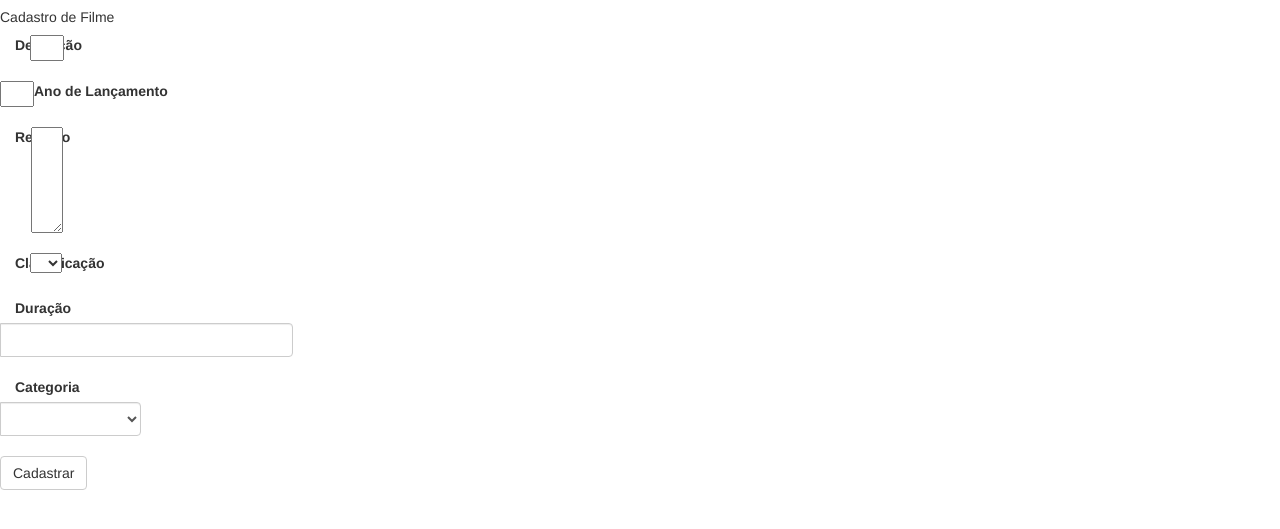
Repository: cadupedrassani/CursoDeJava
Page: Avaliação/BaseAPI/WebApp/src/main/webapp/filme/cadastro.html
These files come from the project's save history. The page is drawn as it stood at one moment and after the next save; the edit follows.
The browser window is 1280 px wide. The pictures show the whole page.

Above is the page before, as saved 2016-12-06 16:50:41.

After the next save:
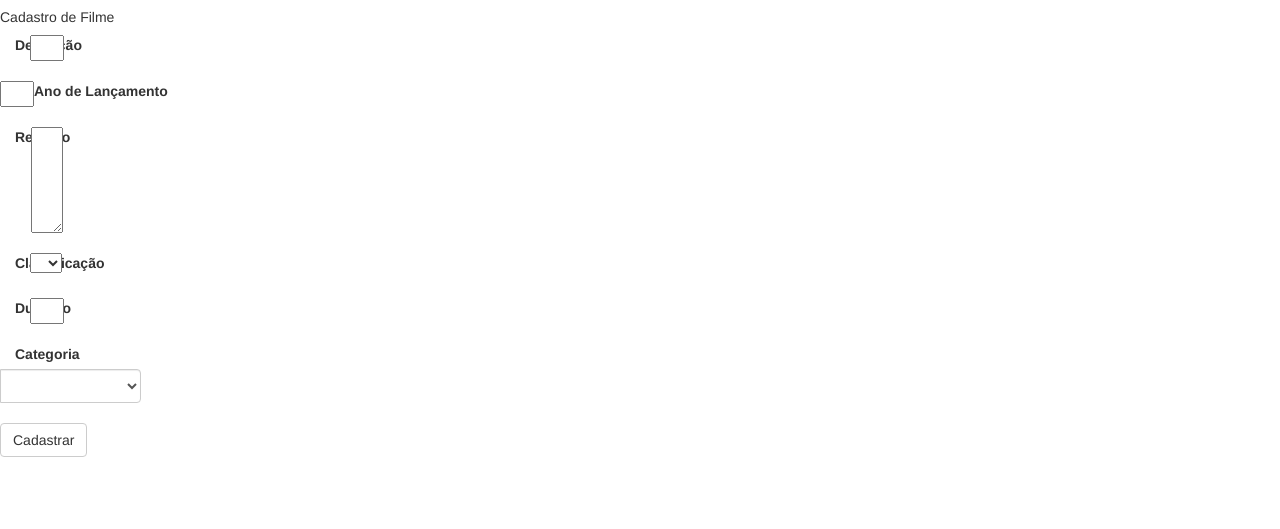
Saved 24 s later.
--- a/Avaliação/BaseAPI/WebApp/src/main/webapp/filme/cadastro.html
+++ b/Avaliação/BaseAPI/WebApp/src/main/webapp/filme/cadastro.html
@@ -51,7 +51,7 @@
 	<label class="control-label col-sm-1">Duração</label>
 	<input id="duracao-filme"
 	       type="text"
-	       class="form-control"></input>
+	       class="control-label col-sm-1"></input>
 </div>
 </br>
 
